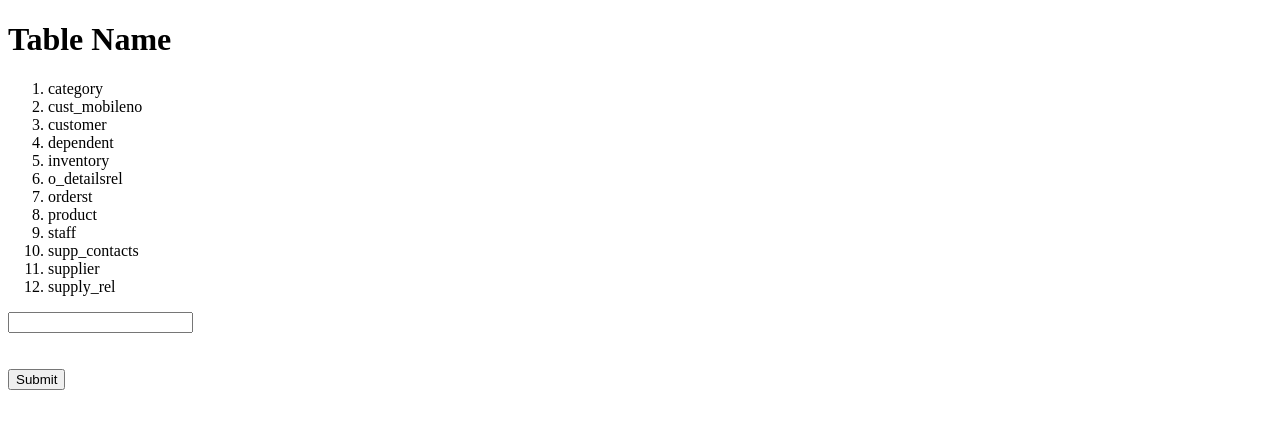
Repository: cyrusdwivedi2002/inventory-management-system
Page: DemoApp/src/main/webapp/view.html
These files come from the project's save history. The page is drawn as it stood at one moment and after the next save; the edit follows.
The browser window is 1280 px wide. The pictures show the whole page.
Some web fonts or font styles are not loaded; a fallback is used.

Above is the page before, as saved 2022-06-24 18:55:12.

After the next save:
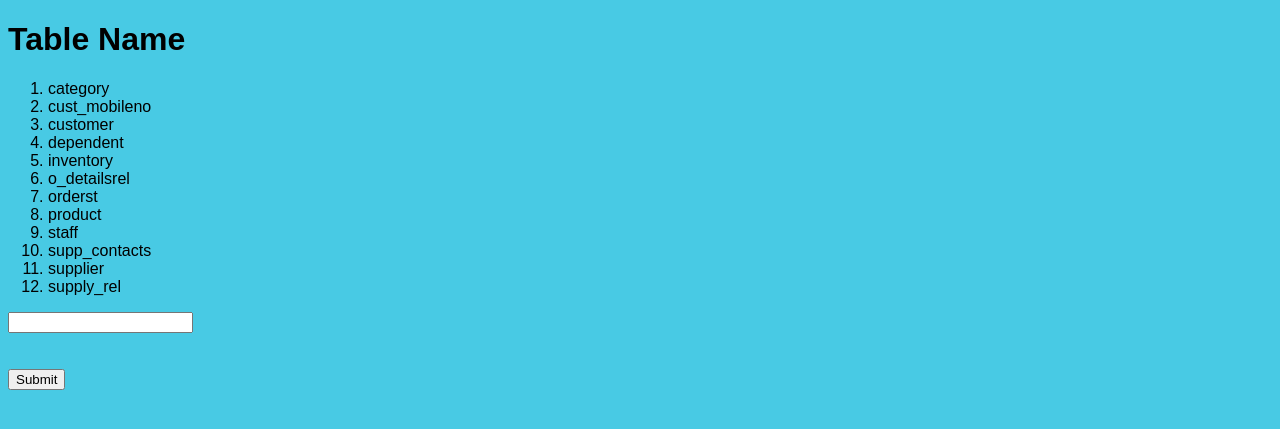
Saved 51 s later.
--- a/DemoApp/src/main/webapp/view.html
+++ b/DemoApp/src/main/webapp/view.html
@@ -2,9 +2,14 @@
 <html>
 <head>
 <meta charset="ISO-8859-1">
+<link rel="preconnect" href="https://fonts.googleapis.com">
+<link rel="preconnect" href="https://fonts.gstatic.com" crossorigin>
+<link href="https://fonts.googleapis.com/css2?family=Anek+Latin:wght@500&family=Smooch&display=swap" rel="stylesheet">
 <style>
-p{
 
+body {
+background-color: #48cae4;
+font-family: 'Anek Latin', sans-serif;
 }
 
 </style>
